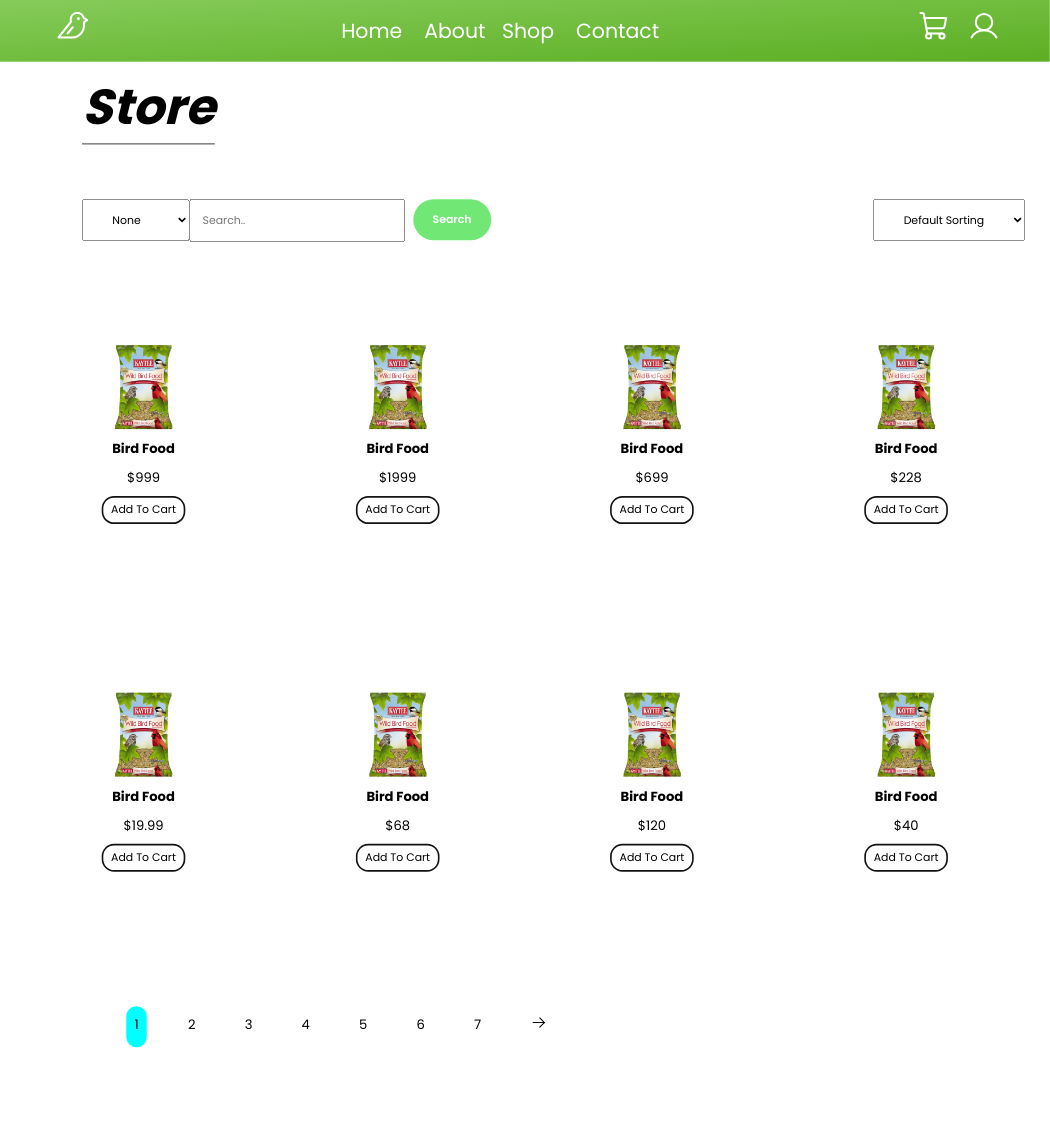
Repository: Vuhainam64/SWP391
Page: / (app in React/swp391-app/)
The author's editor kept a copy of each file at every save. The page is drawn from the files as they stood at one save, then again after the next save.
The browser window is 1280 px wide. The pictures show the whole page, at 82% of full size.
The pointer rests on the first visible `.page-number-count li`.
The project was rebuilt for these pictures with package versions that can differ from the ones it lists, and the page was loaded fresh each time. Also part of the build but not shown: React/swp391-app/src/pages/register/register.jsx, React/swp391-app/src/pages/home/home.css, React/swp391-app/src/pages/home/home-product.jsx, React/swp391-app/src/pages/home/home.jsx, React/swp391-app/src/pages/about/about.jsx, React/swp391-app/src/pages/contact/contact.jsx, React/swp391-app/src/pages/cart/cart-item.jsx, React/swp391-app/src/pages/cart/cart.css and 2 more.

Above is the page before, as saved 2023-06-05 07:54:57.

After the next save:
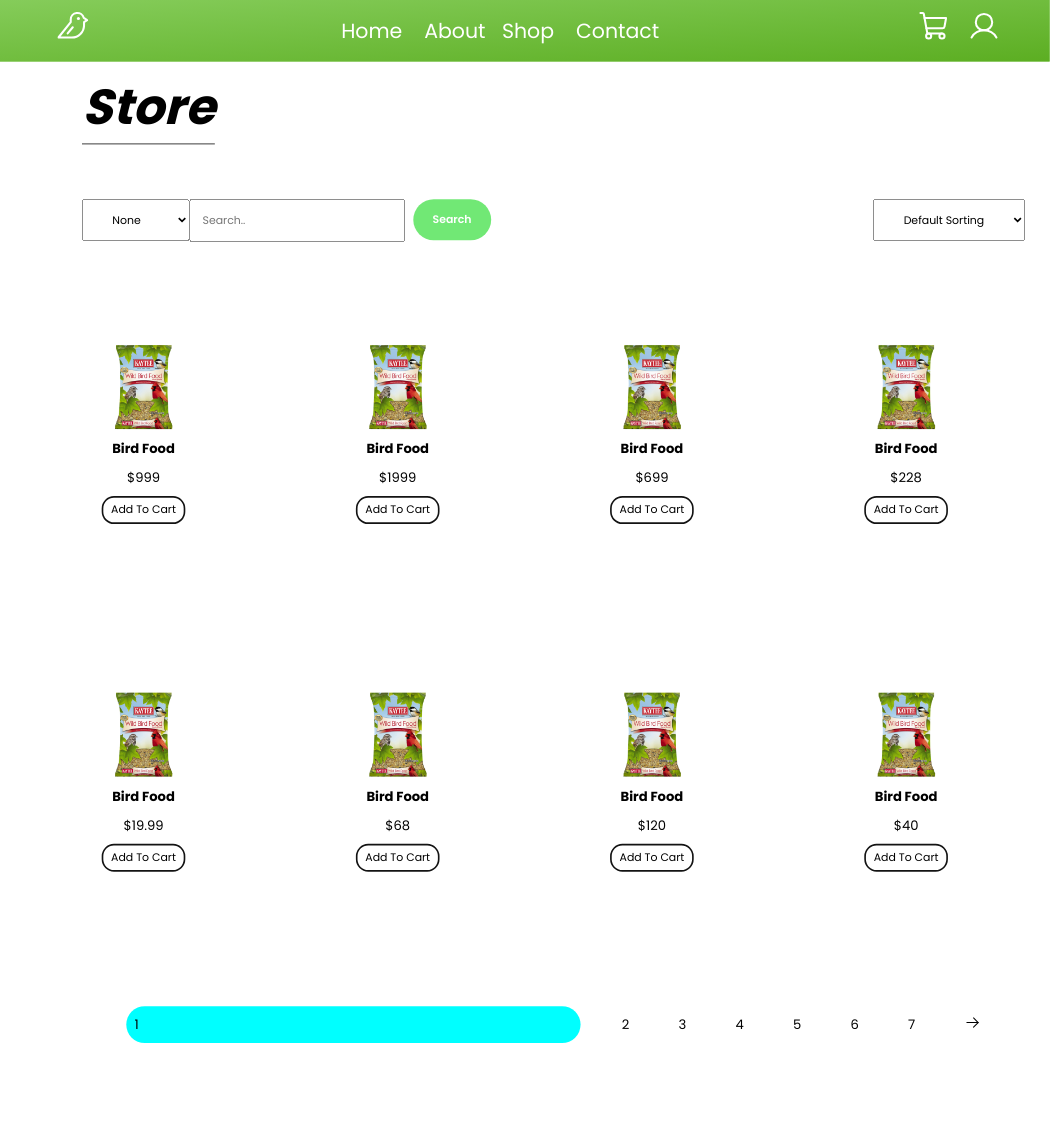
Saved 12 s later.
--- a/React/swp391-app/src/pages/shop/shop.css
+++ b/React/swp391-app/src/pages/shop/shop.css
@@ -138,5 +138,6 @@
     background-color: aqua;
     border-radius: 100px;
     padding: 10px;
-    height: 50px;
+    width: 100%;
+    height: 100%;
 }
